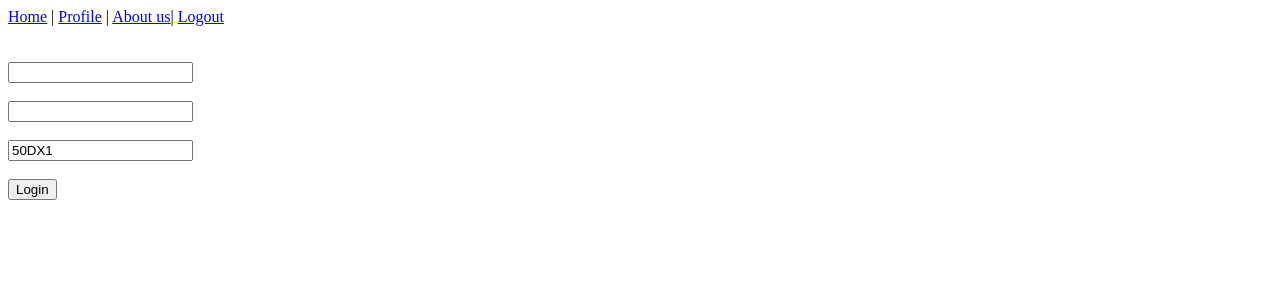
Repository: Asterisc-Institute/Advance-Java-Batch5
Page: Session-Day03/WebContent/index.html
These files come from the project's save history. The page is drawn as it stood at one moment and after the next save; the edit follows.
The browser window is 1280 px wide. The pictures show the whole page.

Above is the page before, as saved 2023-05-08 11:59:43.

### Session-Day03/WebContent/index.html
<!DOCTYPE html>
<html>
<head>
<meta charset="ISO-8859-1">
<title>Insert title here</title>
</head>
<body>
<a href="home">Home</a> | <a href="profile">Profile</a> | <a href="about">About us</a>| <a href="logout">Logout</a><br/><br/><br/>

<form action="home">
<input type="text" name="uname"><br/><br/>
<input type="text" name="upass"><br/><br/>
<input type="text" name="offer" value="50DX1"><br/><br/>
<input type="submit" value="Login">
</form>
</body>
</html>

After the next save:
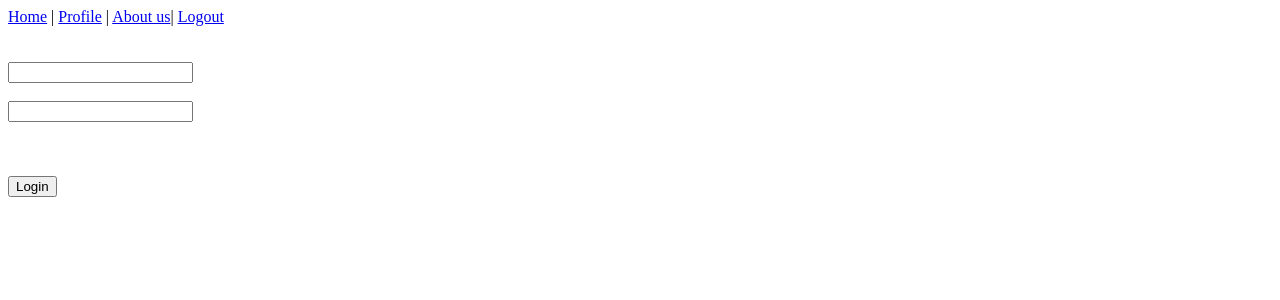
Saved 36 s later.
--- a/Session-Day03/WebContent/index.html
+++ b/Session-Day03/WebContent/index.html
@@ -10,7 +10,7 @@
 <form action="home">
 <input type="text" name="uname"><br/><br/>
 <input type="text" name="upass"><br/><br/>
-<input type="text" name="offer" value="50DX1"><br/><br/>
+<input type="hidden" name="offer" value="50DX1"><br/><br/>
 <input type="submit" value="Login">
 </form>
 </body>
